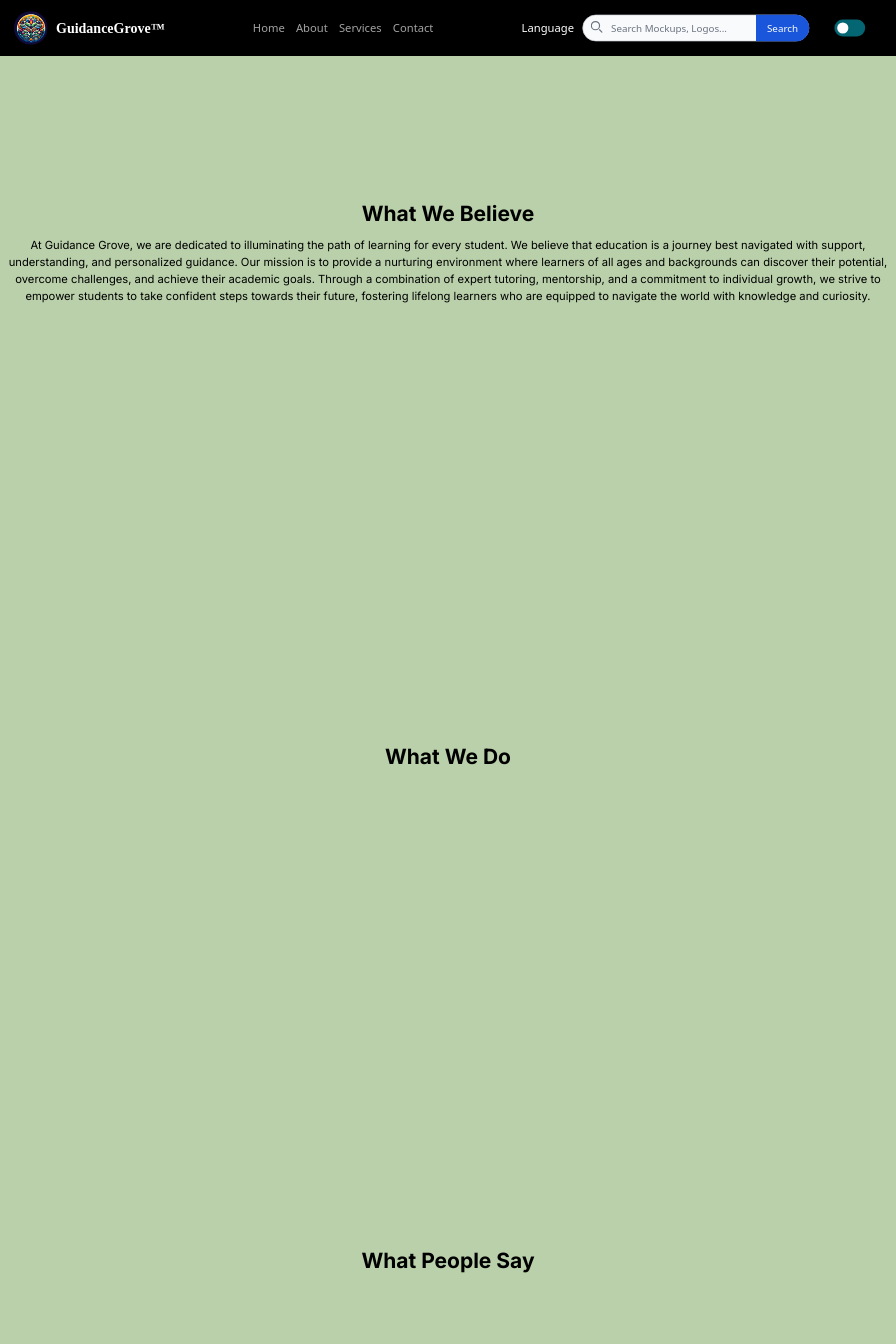
Repository: PositiveGuy/GuidanceGrove
Page: /
An editor plug-in stored every save of this project. The page is shown before and after the next save, followed by the edit.
The browser window is 1280 px wide. The pictures show the part of the page from y = 0 to 1920 px (the page is 3874 px tall), at 70% of full size.
The project was rebuilt for these pictures with package versions that can differ from the ones it lists, and the page was loaded fresh each time. The framework's server and built-in components were replaced by stand-ins that run in the browser. Also part of the build but not shown: next.config.js.

Above is the page before, as saved 2023-12-28 14:56:48.

### src/app/layout.tsx
import React from 'react';
import Header from '../components/header';
import Footer from '../components/footer';
import { Inter } from 'next/font/google';
import './globals.css';
import { ThemeContextProvider } from '@/context/ThemeContext';
import ThemeProvider from '@/providers/ThemeProvider';
import ThemeWrapper from '@/components/ThemeWrapper';

//font
const inter = Inter({ subsets: ['latin'] });



//header and footer layout
const RootLayout = ({ children }: { children: React.ReactNode }) => {
  return (
    <html lang='en'>
      <body>
        <ThemeContextProvider>
          <ThemeProvider>
            <Header />
            <ThemeWrapper>
              <main className={inter.className}>{children}</main>
            </ThemeWrapper>
            <Footer />
          </ThemeProvider>
        </ThemeContextProvider>
      </body>
    </html>
  );
};

export default RootLayout;

### src/app/page.tsx
import React from 'react';
//components import
import BelieveSection from '../components/BelieveSection';
import ServicesSection from '../components/ServicesSection';
import TestimonialsSection from '../components/TestimonialsSection';
import CallToActionSection from '../components/CallToActionSection';
import ContactSection from '../components/ContactSection';


//page layout
const Page = () => {
  return (
    <>
      <BelieveSection />
      <ServicesSection />
      <TestimonialsSection />
      <CallToActionSection />
      <ContactSection />
    </>
  );
};

export default Page;

### src/components/header.tsx
"use client"
import { useState } from "react";
import MobileNavigation from "./MobileNavigation";
import ThemeToggle from "./ThemeToggle";
import SearchBar from "./SearchBar";


const Header = () => {

  return (
    <>
      <nav className="hidden fixed z-50 w-full h-20 md:flex justify-between items-center p-5 bg-black">
        {/* Left Side: Logo and GuidanceGrove™ */}
        <div className="flex items-center space-x-3">
          <img src="/Logo/guidance-grove-logo.png" alt="Guidance Grove Logo" className="h-12 w-12 rounded-full" />
          <div className="text-xl font-caveat font-bold text-white">
            GuidanceGrove™
          </div>
        </div>

        {/* Center: Navigation Links */}
        <div>
          <ul className="hidden lg:flex space-x-4">
            <li><a href="/" className="text-neutral-400 hover:text-white">Home</a></li>
            <li><a href="/about" className="text-neutral-400 hover:text-white">About</a></li>
            <li><a href="/services" className="text-neutral-400 hover:text-white">Services</a></li>
            <li><a href="/contact" className="text-neutral-400 hover:text-white">Contact</a></li>
          </ul>
        </div>

        {/* Right Side: Placeholders for Language, Search, and Dark Mode Toggle */}
        <div className="flex items-center space-x-3">
          <div className="text-white">Language</div>
          <SearchBar />
          <ThemeToggle />
        </div>
      </nav>

      {/*Mobile Navbar*/}

      <MobileNavigation />


    </>
  );
};

export default Header;

### src/components/footer.tsx
import Image from "next/image";

const Footer = () => {
  return (
    <footer className="p-5 bg-black shadow-inner text-center">
      <div className="flex justify-center space-x-8 mt-10">
        {/* Placeholder for social icons */}
        <Image src={"/SVGs/ig.svg"} width={50} height={50} alt="ig"></Image>
        <Image src={"/SVGs/fb.svg"} width={50} height={50} alt="fb"></Image>
        <Image src={"/SVGs/tw.svg"} width={50} height={50} alt="tw"></Image>
        <Image src={"/SVGs/wa.svg"} width={50} height={50} alt="wa"></Image>
        <Image src={"/SVGs/yt.svg"} width={50} height={50} alt="in"></Image>
      </div>

      <div className="flex justify-center space-x-1 mb-10 text-teal-50">
        <div className="mt-20">
          ©2023; designed with love and care by
        </div>
        <div className="mt-20 font-caveat">
          GuidanceGrove™
        </div>
      </div>
    </footer>
  );
};
//make GuidanceGrove in font Caveat
export default Footer;

### src/app/globals.css
@tailwind base;
@tailwind components;
@tailwind utilities;

:root {
  --foreground-rgb: 0, 0, 0;
  --background-start-rgb: 214, 219, 220;
  --background-end-rgb: 255, 255, 255;
}

@media (prefers-color-scheme: dark) {
  :root {
    --foreground-rgb: 255, 255, 255;
    --background-start-rgb: 0, 0, 0;
    --background-end-rgb: 0, 0, 0;
  }
}

body {
  color: rgb(var(--foreground-rgb));
  background: linear-gradient(
      to bottom,
      transparent,
      rgb(var(--background-end-rgb))
    )
    rgb(var(--background-start-rgb));
}

.custom-shadow {
    box-shadow: 0 2px 4px rgba(0, 0, 0, 0.2);
}

### src/context/ThemeContext.tsx
"use client"
import { createContext, useState, ReactNode, useEffect } from "react"

interface ChildrenProps {
    children: ReactNode
}

interface ThemeContextType {
    theme: string
    toggle: () => void
}

// This component is responsible to registering and remembering what theme was chosen by the user
// we use local storage for that
export const ThemeContext = createContext<ThemeContextType>({
    theme: "light",
    toggle: () => { },
})

function getFromLocalStorage() {
    if (typeof window === "undefined") {
        return "light";
    }
    const storedTheme = localStorage.getItem("theme");
    console.log("Initial theme from localStorage:", storedTheme); // Debug log
    return storedTheme || "light";
}


export const ThemeContextProvider = ({ children }: ChildrenProps) => {
    const [theme, setTheme] = useState<string>(getFromLocalStorage)

    // since next.js uses server side rendering, we must specify if the transition to client is completed
    const toggle = () => {
        setTheme(prevTheme => prevTheme === "light" ? "dark" : "light");
    };



    useEffect(() => {
        console.log("Updating theme in localStorage to:", theme); // Debug log
        localStorage.setItem("theme", theme);
    }, [theme]);



    return <ThemeContext.Provider value={{ theme, toggle }}>{children}</ThemeContext.Provider>
}

### src/providers/ThemeProvider.tsx
"use client"

import { ThemeContext } from "@/context/ThemeContext"
import { useState, useEffect, useContext, ReactNode } from "react"


interface ChildrenProps {
    children: ReactNode
}

// this component is created to keep the layout/page as server side rendered.
// useContext() requires you to have "use client"

export default function ThemeProvider({ children }: ChildrenProps) {
    const { theme } = useContext(ThemeContext)
    const [mounted, setMounted] = useState(false)

    useEffect(() => {
        setMounted(true)
    }, [])

    if (mounted) {
        return <div className={theme}>{children}</div>
    }
    return <div className={theme}>{children}</div>
}

### src/components/ThemeWrapper.tsx
"use client"
import React, { useContext } from 'react';
import { ThemeContext } from '@/context/ThemeContext';

const ThemeWrapper = ({ children }: { children: React.ReactNode }) => {
    const { theme } = useContext(ThemeContext);

    return (
        <div className={`${theme === "light" ? " bg-sage text-black" : "bg-gray-700 text-slate-400"}`}>
            {children}
        </div>
    );
};

export default ThemeWrapper;

### src/components/BelieveSection.tsx
"use client"
import { ThemeContext } from "@/context/ThemeContext";
import { useContext } from "react";

const BelieveSection = () => {
  const { theme } = useContext(ThemeContext)
  return (
    <div id="believe" className={`h-screen flex items-center justify-center`}>
      <div className="text-center">
        <h2 className="text-3xl font-bold">What We Believe</h2>
        <p className="mt-4">At Guidance Grove, we are dedicated to illuminating the path of learning for every student.
          We believe that education is a journey best navigated with support, understanding, and personalized guidance.
          Our mission is to provide a nurturing environment where learners of all ages and backgrounds
          can discover their potential, overcome challenges, and achieve their academic goals.
          Through a combination of expert tutoring, mentorship, and a commitment to individual growth,
          we strive to empower students to take confident steps towards their future,
          fostering lifelong learners who are equipped to navigate the world with knowledge and curiosity.</p>
      </div>
    </div>
  );
};

export default BelieveSection;

### src/components/ServicesSection.tsx
"use client"
import { ThemeContext } from "@/context/ThemeContext";
import { useContext } from "react";

const ServicesSection = () => {
  const { theme } = useContext(ThemeContext)
  return (
    <div id="services" className={`h-screen flex items-center justify-center  `}>
      <div className="text-center">
        <h2 className="text-3xl font-bold">What We Do</h2>
        {/* Add service details here */}
      </div>
    </div>
  );
};

export default ServicesSection;

### src/components/TestimonialsSection.tsx
"use client"
import { ThemeContext } from "@/context/ThemeContext";
import { useContext } from "react";

const TestimonialsSection = () => {
  const { theme } = useContext(ThemeContext)
  return (
    <div id="testimonials" className={`h-screen flex items-center justify-center   `}>
      <div className="text-center">
        <h2 className="text-3xl font-bold">What People Say</h2>
        {/* Add testimonials here */}
      </div>
    </div>
  );
};

export default TestimonialsSection;

### src/components/CallToActionSection.tsx
"use client"
import { ThemeContext } from "@/context/ThemeContext";
import { useContext } from "react";

const CallToActionSection = () => {
  const { theme } = useContext(ThemeContext)
  return (
    <div id="cta" className={`h-screen flex items-center justify-center  `}>
      <div className="container mx-auto px-4 sm:px-6 lg:px-8">
        <div className="flex flex-wrap -mx-4 items-center">
          <div className="text-left lg:w-1/2 px-4 mb-4 lg:mb-0">
            <h2 className="text-5xl font-bold">Payments tool for software companies</h2>
            <p className="mt-2 text-lg">From checkout to global sales tax compliance, companies around the world use Flowbite to simplify their payment stack.</p>
            <button className="mt-4 bg-blue-500 text-white py-2 px-4 rounded hover:bg-blue-700">
              Get started ➤
            </button>
          </div>
          <div className="lg:w-1/2 px-4 flex justify-center lg:justify-end">
            <img src="DALLE/career.png" alt="Software Payment Tool" className="object-contain lg:object-cover h-80 w-full lg:w-auto rounded-lg shadow-lg" />
          </div>
        </div>
      </div>
    </div>
  );
};

export default CallToActionSection;

### src/components/ContactSection.tsx
"use client"
import { ThemeContext } from "@/context/ThemeContext";
import { useContext } from "react";

const ContactSection = () => {
  const { theme } = useContext(ThemeContext)
  return (
    <div id="contact" className={`h-screen flex items-center justify-center  `}>
      <div className="text-center">
        <h2 className="text-3xl font-bold">Contact Us</h2>
        {/* Add contact form or information here */}
      </div>
    </div>
  );
};

export default ContactSection;

### src/components/MobileNavigation.tsx
import { Navbar } from 'flowbite-react';
import Link from 'next/link';
import { useState } from 'react';
import ThemeToggle from './ThemeToggle';
import SearchBar from './SearchBar';

export default function MobileNavigation() {


    return (
        <Navbar className='md:hidden fixed flex z-50 w-full h-20 justify-between items-center p-5 bg-black'       >

            <div className="flex items-center space-x-3">
                <img src="/Logo/guidance-grove-logo.png" alt="Guidance Grove Logo" className="h-12 w-12 rounded-full" />

            </div>
            {/* Right Side: Placeholders for Language, Search, and Dark Mode Toggle */}
            <div className="flex items-center space-x-3">
                <SearchBar />
                <ThemeToggle />
            </div>
            <Navbar.Toggle className='bg-black' />
            <Navbar.Collapse className='bg-white absolute top-[5rem]'>
                <SearchBar />
                <Navbar.Link href="#">Home</Navbar.Link>
                <Navbar.Link href="#">About</Navbar.Link>
                <Navbar.Link href="#">Service</Navbar.Link>
                <Navbar.Link href="#">Contact</Navbar.Link>
                <Navbar.Link href="#">Language</Navbar.Link>
            </Navbar.Collapse>
        </Navbar>
    );
}

### src/components/ThemeToggle.tsx
"use client"
import { useContext } from 'react'
import { Switch } from '@headlessui/react'
import { ThemeContext } from '@/context/ThemeContext'

export default function Example() {
    const { toggle, theme } = useContext(ThemeContext)

    // Determine if the switch should be on or off based on the current theme
    const isDarkMode = theme === 'dark'

    return (
        <div className="flex items-center justify-center p-6"> {/* Adjusted for centering */}
            <Switch
                checked={isDarkMode}
                onChange={toggle} // Use the toggle function from context
                className={`${isDarkMode ? 'bg-teal-900' : 'bg-teal-700'}
                    relative inline-flex items-center h-6 rounded-full w-11 transition-colors focus:outline-none`}
            >
                <span className="sr-only">Toggle theme</span>
                <span
                    aria-hidden="true"
                    className={`${isDarkMode ? 'translate-x-6' : 'translate-x-1'}
                        inline-block w-4 h-4 transform bg-white rounded-full transition-transform`}
                />
            </Switch>
        </div>
    )
}

### src/components/SearchBar.tsx
export default function SearchBar() {
    return (
        <form className="flex items-center">
            <div className="relative w-full">
                {/* Search Icon */}
                <div className="absolute inset-y-0 left-0 flex items-center pl-3">
                    <svg className="w-5 h-5 text-gray-500 dark:text-gray-400" xmlns="http://www.w3.org/2000/svg" fill="none" viewBox="0 0 24 24" stroke="currentColor">
                        <path strokeLinecap="round" strokeLinejoin="round" strokeWidth={2} d="M19 19l-4-4m0-7A7 7 0 1 1 1 8a7 7 0 0 1 14 0z" />
                    </svg>
                </div>

                {/* Input Field */}
                <input
                    type="search"
                    id="default-search"
                    className="block w-full pl-10 pr-20 text-sm text-gray-900 border border-gray-300 rounded-full bg-gray-50 focus:ring-blue-500 focus:border-blue-500 dark:bg-gray-700 dark:border-gray-600 dark:placeholder-gray-400 dark:text-white dark:focus:ring-blue-500 dark:focus:border-blue-500"
                    placeholder="Search Mockups, Logos..."
                    required
                />

                {/* Search Button */}
                <button type="submit" className="text-white absolute right-0 top-0 bottom-0 bg-blue-700 hover:bg-blue-800 focus:ring-4 focus:outline-none focus:ring-blue-300 font-medium rounded-r-full text-sm px-4 py-2 dark:bg-blue-600 dark:hover:bg-blue-700 dark:focus:ring-blue-800">Search</button>
            </div>
        </form>
    );
}

### tailwind.config.ts
import type { Config } from 'tailwindcss'

const config: Config = {
  content: [
    "./node_modules/flowbite-react/lib/**/*.js",
    './src/pages/**/*.{js,ts,jsx,tsx,mdx}',
    './src/components/**/*.{js,ts,jsx,tsx,mdx}',
    './src/app/**/*.{js,ts,jsx,tsx,mdx}',
  ],
  theme: {
    extend: {
      backgroundImage: {
        'gradient-radial': 'radial-gradient(var(--tw-gradient-stops))',
        'gradient-conic':
          'conic-gradient(from 180deg at 50% 50%, var(--tw-gradient-stops))',

      },
      colors: {
        sage: '#B9D0AA',
      },

      fontFamily: {
        caveat: ['Caveat', 'cursive'],
      },

    },

  },
  plugins: [
    require("flowbite/plugin")
  ],
}
export default config

After the next save:
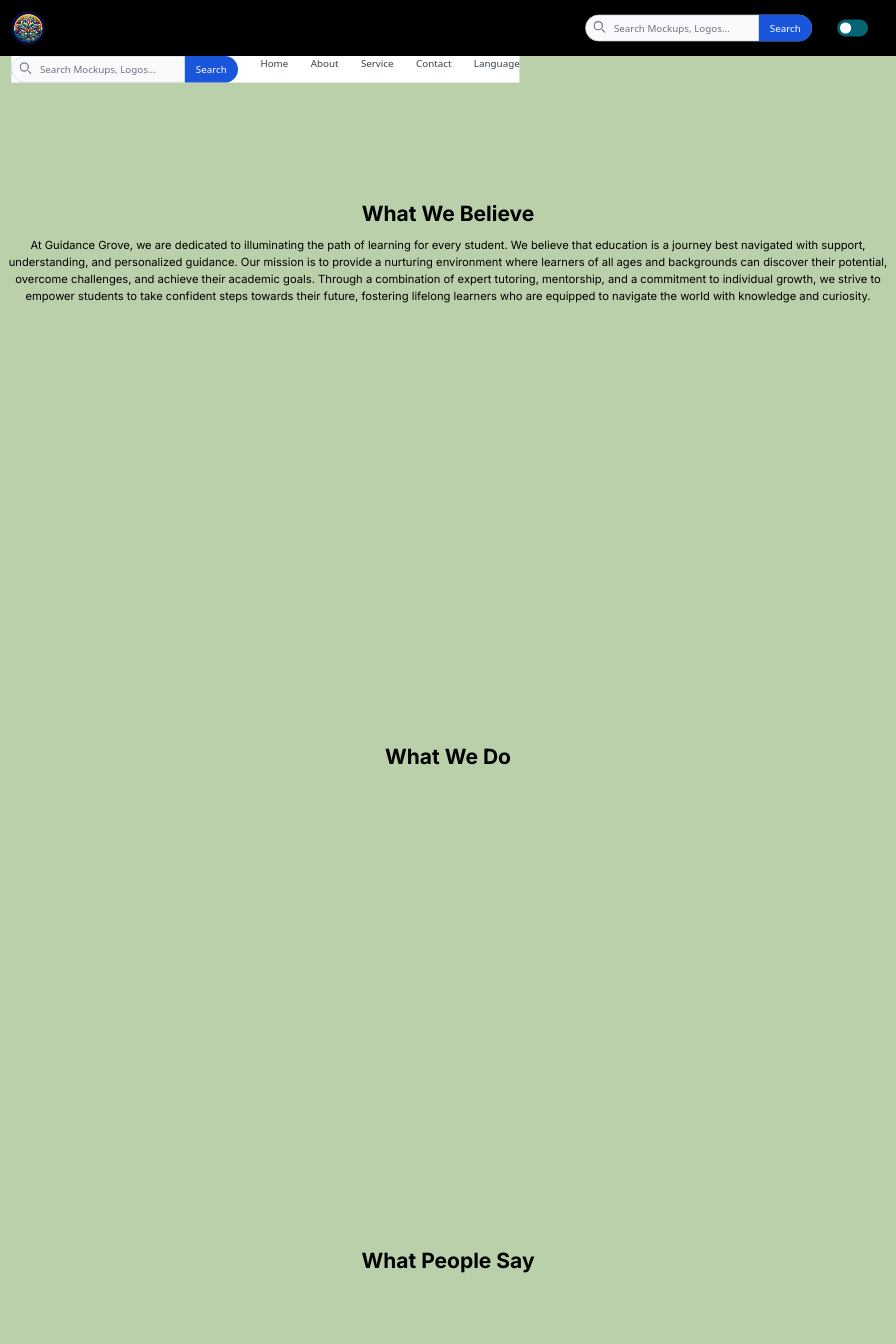
Saved 53 s later.
--- a/src/components/MobileNavigation.tsx
+++ b/src/components/MobileNavigation.tsx
@@ -8,7 +8,7 @@ export default function MobileNavigation() {
 
 
     return (
-        <Navbar className='md:hidden fixed flex z-50 w-full h-20 justify-between items-center p-5 bg-black'       >
+        <Navbar className='  fixed flex z-50 w-full h-20 justify-between items-center p-5 bg-black'       >
 
             <div className="flex items-center space-x-3">
                 <img src="/Logo/guidance-grove-logo.png" alt="Guidance Grove Logo" className="h-12 w-12 rounded-full" />

After the 2 saves that followed:
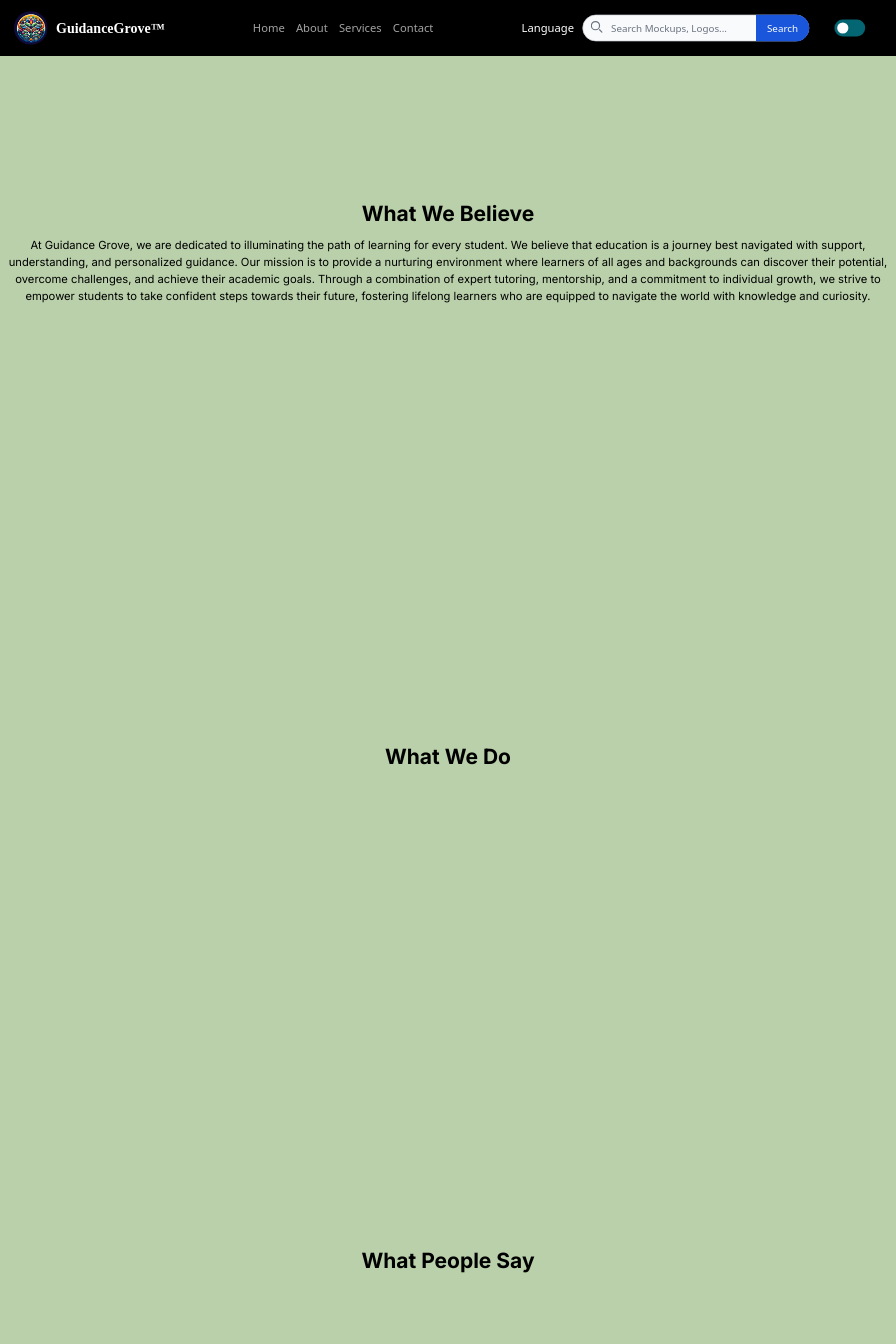
The 2 saves are shown as one change because 1 left the picture as it was.
The last was saved 56 s later.
--- a/src/components/header.tsx
+++ b/src/components/header.tsx
@@ -37,9 +37,9 @@ const Header = () => {
       </nav>
 
       {/*Mobile Navbar*/}
-
-      <MobileNavigation />
-
+      <div className="md:hidden">
+        <MobileNavigation />
+      </div>
 
     </>
   );
